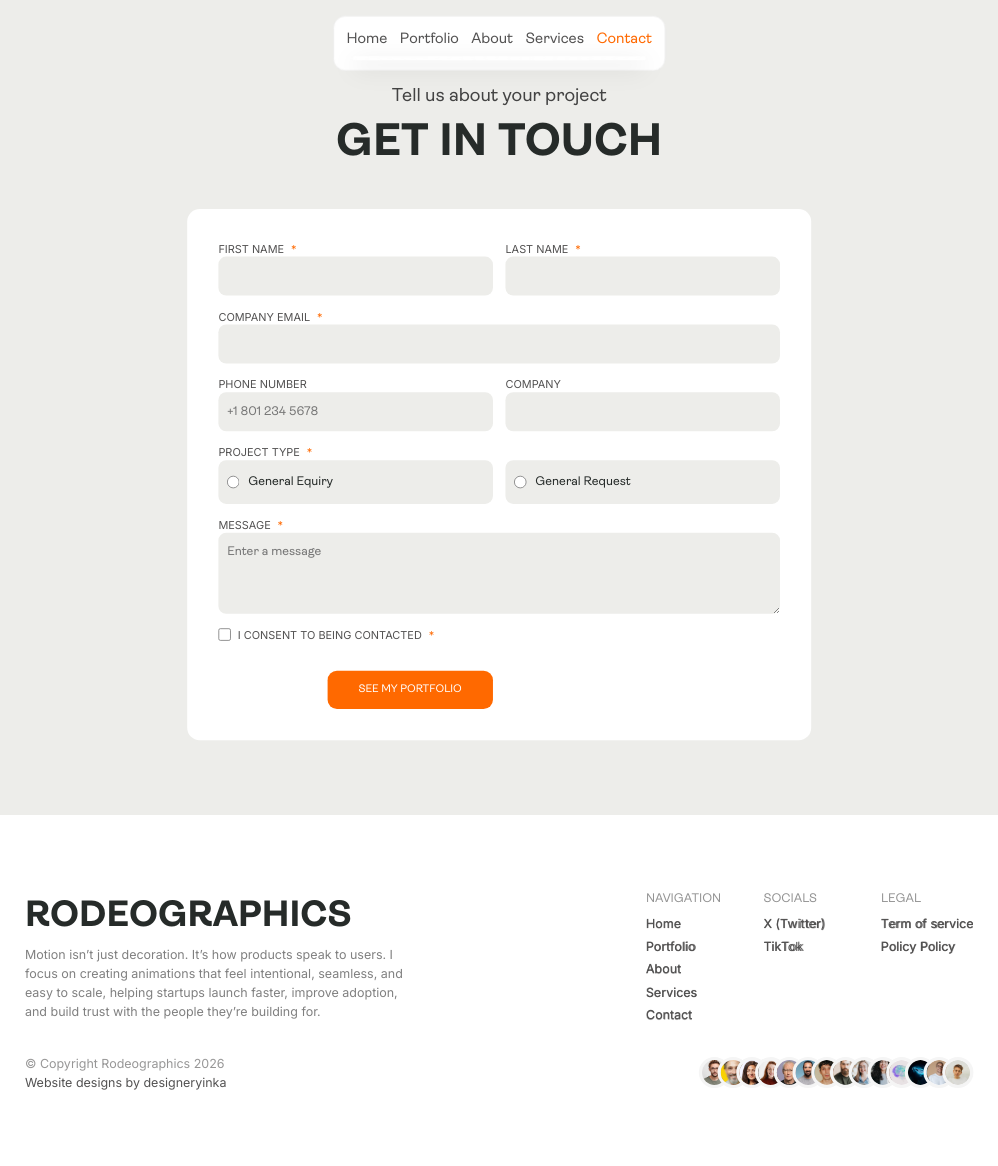
Repository: Ajeyinka/RodeoGraphics
Page: contact.html
These files come from the project's save history. The page is drawn as it stood at one moment and after the next save; the edit follows.
The browser window is 1280 px wide. The pictures show the whole page, at 78% of full size.

Above is the page before, as saved 2026-02-21 22:24:22.
Console error: ReferenceError: gsap is not defined

After the next save:
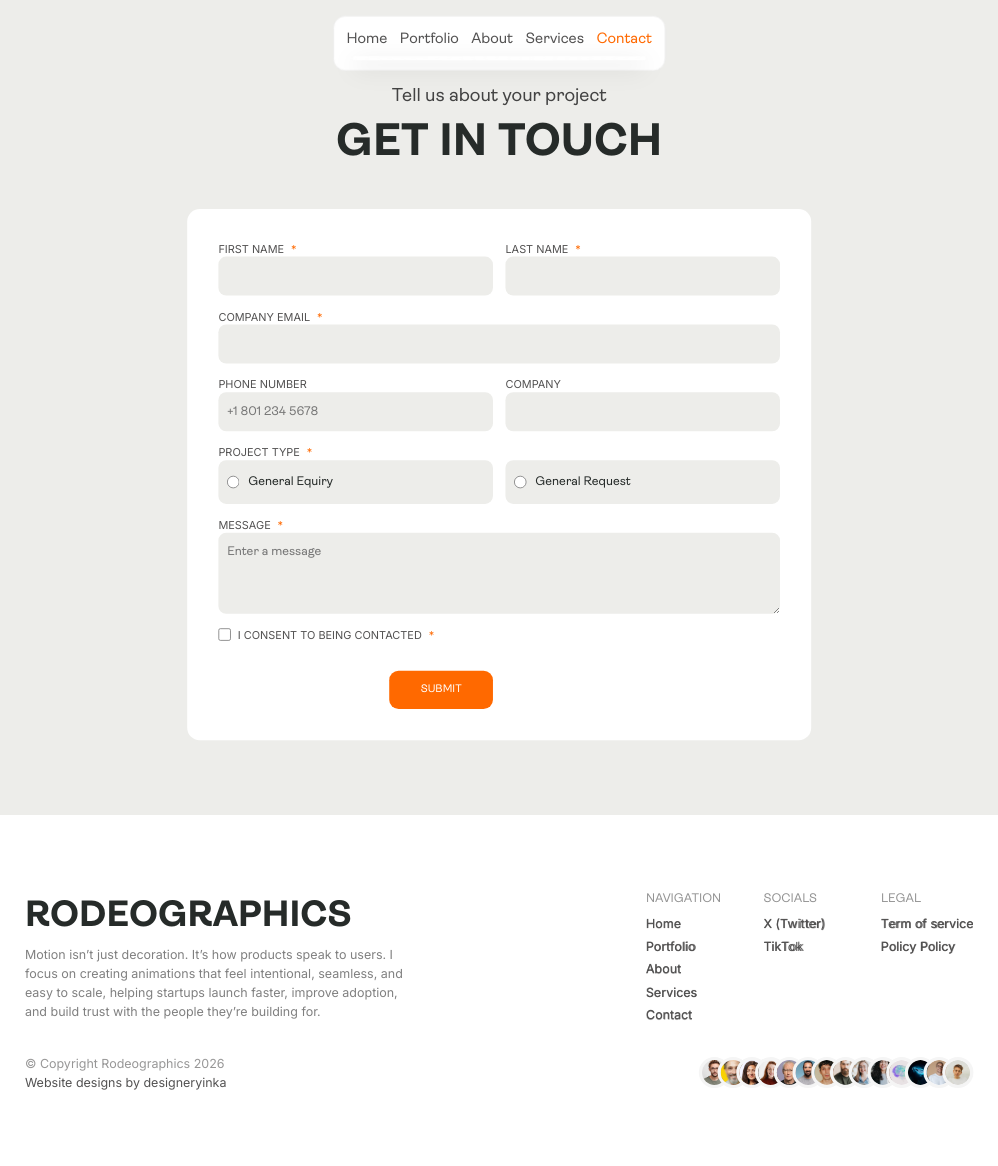
Saved 51 s later.
--- a/contact.html
+++ b/contact.html
@@ -178,7 +178,7 @@
 
                 <div class="input-submit">
                   <button type="submit" class="button-submit button">
-                    <span class="text text-primary">See my portfolio</span>
+                    <span class="text text-primary">Submit</span>
                   </button>
                 </div>
                 <div class="form-success">
